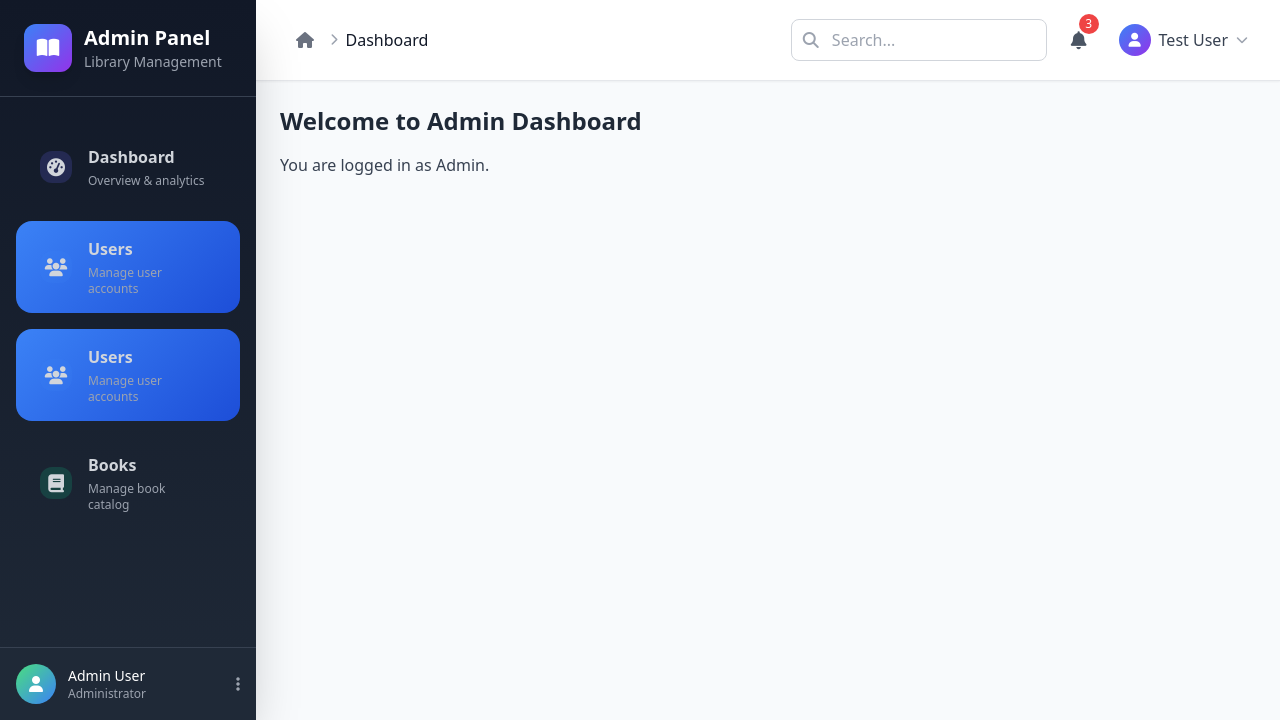
Repository: daffa-alif/lomba-NeuroGamy
Page: http://localhost/admin/dashboard
An editor plug-in stored every save of this project. The page is shown before and after the next save, followed by the edit.
The browser window is 1280 px wide. The pictures show the whole page.
Some web libraries are served in a nearby version. The page is served by the project's Laravel application, run on PHP 8.4 with Laravel 12. A made-up administrator, Test User (test@example.com), is signed in. Other server files are loaded and not shown.

Above is the page before, as saved 2025-09-19 23:38:14.

### routes/web.php
<?php

use Illuminate\Support\Facades\Route;
use App\Http\Controllers\{AiController, AuthController, BookController, UserController};

Route::get('/', function () {
    return view('welcome');
});

Route::get('/login', [AuthController::class, 'viewLogin'])->name('login');
Route::post('/login', [AuthController::class, 'login']);

Route::get('/register', [AuthController::class, 'viewRegister'])->name('register');
Route::post('/register', [AuthController::class, 'register']);

Route::post('/logout', [AuthController::class, 'logout'])->name('logout');

Route::post('/ai/generate', [AiController::class, 'generate'])->name('ai.generate');

Route::middleware(['auth'])->group(function () {
    Route::get('/chatbot', function () {
        return view('chatbot'); // contoh view chatbot
    })->name('chatbot');
});

// Admin routes
Route::middleware(['auth', 'admin'])->prefix('admin')->group(function () {
    Route::get('/dashboard', function () {
        return view('Admin.dashboard');
    })->name('admin.dashboard');

    Route::get('/users', [UserController::class, 'index'])->name('users.index');

  Route::get('/dashboard', fn() => view('Admin.dashboard'))->name('admin.dashboard');

    Route::resource('books', \App\Http\Controllers\BookController::class);
    Route::get('/users', [UserController::class, 'index'])->name('users.index');
});

### app/Models/User.php
<?php

namespace App\Models;

// use Illuminate\Contracts\Auth\MustVerifyEmail;
use Illuminate\Database\Eloquent\Factories\HasFactory;
use Illuminate\Foundation\Auth\User as Authenticatable;
use Illuminate\Notifications\Notifiable;

class User extends Authenticatable
{
    /** @use HasFactory<\Database\Factories\UserFactory> */
    use HasFactory, Notifiable;

    /**
     * The attributes that are mass assignable.
     *
     * @var list<string>
     */
    protected $fillable = [
        'name',
        'email',
        'password',
    ];

    /**
     * The attributes that should be hidden for serialization.
     *
     * @var list<string>
     */
    protected $hidden = [
        'password',
        'remember_token',
    ];

    /**
     * Get the attributes that should be cast.
     *
     * @return array<string, string>
     */
    protected function casts(): array
    {
        return [
            'email_verified_at' => 'datetime',
            'password' => 'hashed',
        ];
    }

      public function scoreLogs()
    {
        return $this->hasMany(ScoreLog::class, 'user_id');
    }
}

### resources/views/Admin/dashboard.blade.php
@extends('Admin.AdminLayouts.app')

@section('title', 'Dashboard')

@section('content')
    <h1 class="text-2xl font-bold mb-4">Welcome to Admin Dashboard</h1>
    <p class="text-gray-700">You are logged in as Admin.</p>
@endsection

### resources/views/Admin/AdminLayouts/app.blade.php
<!DOCTYPE html>
<html lang="en">
<head>
    <meta charset="UTF-8">
    <meta name="viewport" content="width=device-width, initial-scale=1.0">
    <title>@yield('title', 'Admin Panel')</title>

    <!-- TailwindCSS via CDN -->
    <script src="https://cdn.tailwindcss.com"></script>

    <!-- Font Awesome for icons -->
    <link rel="stylesheet" href="https://cdnjs.cloudflare.com/ajax/libs/font-awesome/6.4.0/css/all.min.css">

    <style>
        /* Custom scrollbar */
        .custom-scrollbar::-webkit-scrollbar {
            width: 6px;
        }
        .custom-scrollbar::-webkit-scrollbar-track {
            background: #1f2937;
        }
        .custom-scrollbar::-webkit-scrollbar-thumb {
            background: #4b5563;
            border-radius: 3px;
        }
        .custom-scrollbar::-webkit-scrollbar-thumb:hover {
            background: #6b7280;
        }

        /* Sidebar transition */
        .sidebar-transition {
            transition: all 0.3s cubic-bezier(0.4, 0, 0.2, 1);
        }

        /* Active nav item gradient */
        .nav-active {
            background: linear-gradient(135deg, #3b82f6 0%, #1d4ed8 100%);
        }
    </style>
</head>
<body class="bg-slate-50 text-gray-800 font-sans">

    <!-- Sidebar -->
    <aside id="sidebar" class="fixed left-0 top-0 z-40 w-64 h-screen bg-gradient-to-b from-gray-900 to-gray-800 shadow-2xl sidebar-transition custom-scrollbar overflow-y-auto">
        <!-- Logo Section -->
        <div class="flex items-center justify-between p-6 border-b border-gray-700">
            <div class="flex items-center space-x-3">
                <div class="w-12 h-12 bg-gradient-to-br from-blue-500 to-purple-600 rounded-xl flex items-center justify-center shadow-lg">
                    <i class="fas fa-book-open text-white text-xl"></i>
                </div>
                <div>
                    <h2 class="text-white font-bold text-xl">Admin Panel</h2>
                    <p class="text-gray-400 text-sm">Library Management</p>
                </div>
            </div>
            <button id="sidebarToggle" class="lg:hidden text-gray-400 hover:text-white transition-colors">
                <i class="fas fa-times text-xl"></i>
            </button>
        </div>

        <!-- Navigation -->
        <nav class="mt-8 px-4">
            <div class="space-y-4">
                <!-- Dashboard -->
                <a href="#"
                   class="nav-item group flex items-center px-6 py-4 text-gray-300 rounded-2xl hover:bg-gradient-to-r hover:from-indigo-600 hover:to-blue-600 hover:text-white transition-all duration-300 transform hover:scale-105 hover:shadow-xl">
                    <div class="w-8 h-8 mr-4 flex items-center justify-center bg-indigo-500 bg-opacity-20 rounded-xl group-hover:bg-opacity-30 transition-all duration-300">
                        <i class="fas fa-tachometer-alt text-lg"></i>
                    </div>
                    <div class="flex-1">
                        <span class="font-semibold text-base">Dashboard</span>
                        <p class="text-xs text-gray-400 group-hover:text-indigo-100 mt-1">Overview & analytics</p>
                    </div>
                    <div class="ml-auto opacity-0 group-hover:opacity-100 transition-all duration-300 transform translate-x-2 group-hover:translate-x-0">
                        <i class="fas fa-chevron-right text-sm"></i>
                    </div>
                </a>

                <!-- Users -->
                <a href="#"
                   class="nav-item group flex items-center px-6 py-4 text-gray-300 rounded-2xl hover:bg-gradient-to-r hover:from-blue-600 hover:to-purple-600 hover:text-white transition-all duration-300 transform hover:scale-105 hover:shadow-xl nav-active">
                    <div class="w-8 h-8 mr-4 flex items-center justify-center bg-blue-500 bg-opacity-20 rounded-xl group-hover:bg-opacity-30 transition-all duration-300">
                        <i class="fas fa-users text-lg"></i>
                    </div>
                    <div class="flex-1">
                        <span class="font-semibold text-base">Users</span>
                        <p class="text-xs text-gray-400 group-hover:text-blue-100 mt-1">Manage user accounts</p>
                    </div>
                    <div class="ml-auto opacity-0 group-hover:opacity-100 transition-all duration-300 transform translate-x-2 group-hover:translate-x-0">
                        <i class="fas fa-chevron-right text-sm"></i>
                    </div>
                </a>

                <!-- Users -->
                <a href="#"
                   class="nav-item group flex items-center px-6 py-4 text-gray-300 rounded-2xl hover:bg-gradient-to-r hover:from-blue-600 hover:to-purple-600 hover:text-white transition-all duration-300 transform hover:scale-105 hover:shadow-xl nav-active">
                    <div class="w-8 h-8 mr-4 flex items-center justify-center bg-blue-500 bg-opacity-20 rounded-xl group-hover:bg-opacity-30 transition-all duration-300">
                        <i class="fas fa-users text-lg"></i>
                    </div>
                    <div class="flex-1">
                        <span class="font-semibold text-base">Users</span>
                        <p class="text-xs text-gray-400 group-hover:text-blue-100 mt-1">Manage user accounts</p>
                    </div>
                    <div class="ml-auto opacity-0 group-hover:opacity-100 transition-all duration-300 transform translate-x-2 group-hover:translate-x-0">
                        <i class="fas fa-chevron-right text-sm"></i>
                    </div>
                </a>

                <!-- Books -->
                <a href="{{ route('books.index')}}"
                   class="nav-item group flex items-center px-6 py-4 text-gray-300 rounded-2xl hover:bg-gradient-to-r hover:from-emerald-600 hover:to-teal-600 hover:text-white transition-all duration-300 transform hover:scale-105 hover:shadow-xl">
                    <div class="w-8 h-8 mr-4 flex items-center justify-center bg-emerald-500 bg-opacity-20 rounded-xl group-hover:bg-opacity-30 transition-all duration-300">
                        <i class="fas fa-book text-lg"></i>
                    </div>
                    <div class="flex-1">
                        <span class="font-semibold text-base">Books</span>
                        <p class="text-xs text-gray-400 group-hover:text-emerald-100 mt-1">Manage book catalog</p>
                    </div>
                    <div class="ml-auto opacity-0 group-hover:opacity-100 transition-all duration-300 transform translate-x-2 group-hover:translate-x-0">
                        <i class="fas fa-chevron-right text-sm"></i>
                    </div>
                </a>
            </div>
        </nav>

        <!-- User Profile Section at Bottom -->
        <div class="absolute bottom-0 left-0 right-0 p-4 border-t border-gray-700 bg-gray-800">
            <div class="flex items-center space-x-3">
                <div class="w-10 h-10 bg-gradient-to-br from-green-400 to-blue-500 rounded-full flex items-center justify-center">
                    <i class="fas fa-user text-white"></i>
                </div>
                <div class="flex-1 min-w-0">
                    <p class="text-white text-sm font-medium truncate">Admin User</p>
                    <p class="text-gray-400 text-xs">Administrator</p>
                </div>
                <div class="relative">
                    <button class="text-gray-400 hover:text-white transition-colors">
                        <i class="fas fa-ellipsis-v"></i>
                    </button>
                </div>
            </div>
        </div>
    </aside>

    <!-- Mobile Sidebar Overlay -->
    <div id="sidebarOverlay" class="fixed inset-0 bg-black bg-opacity-50 z-30 lg:hidden hidden"></div>

    <!-- Main Content Area -->
    <div class="lg:ml-64 min-h-screen flex flex-col">
        <!-- Top Header -->
        <header class="bg-white shadow-sm border-b border-gray-200 sticky top-0 z-20">
            <div class="flex items-center justify-between px-6 py-4">
                <div class="flex items-center space-x-4">
                    <!-- Mobile Menu Button -->
                    <button id="mobileMenuButton" class="lg:hidden text-gray-600 hover:text-gray-900 transition-colors">
                        <i class="fas fa-bars text-xl"></i>
                    </button>

                    <!-- Breadcrumb -->
                    <nav class="hidden md:flex" aria-label="Breadcrumb">
                        <ol class="flex items-center space-x-2">
                            <li>
                                <a href="#" class="text-gray-500 hover:text-gray-700 transition-colors">
                                    <i class="fas fa-home"></i>
                                </a>
                            </li>
                            <li class="flex items-center">
                                <i class="fas fa-chevron-right text-gray-400 text-xs mx-2"></i>
                                <span class="text-gray-900 font-medium">@yield('breadcrumb', 'Dashboard')</span>
                            </li>
                        </ol>
                    </nav>
                </div>

                <!-- Header Actions -->
                <div class="flex items-center space-x-4">
                    <!-- Search -->
                    <div class="hidden md:block relative">
                        <input type="text"
                               placeholder="Search..."
                               class="w-64 pl-10 pr-4 py-2 border border-gray-300 rounded-lg focus:ring-2 focus:ring-blue-500 focus:border-blue-500 transition-all">
                        <div class="absolute left-3 top-1/2 transform -translate-y-1/2">
                            <i class="fas fa-search text-gray-400"></i>
                        </div>
                    </div>

                    <!-- Notifications -->
                    <button class="relative p-2 text-gray-600 hover:text-gray-900 hover:bg-gray-100 rounded-lg transition-colors">
                        <i class="fas fa-bell text-lg"></i>
                        <span class="absolute -top-1 -right-1 w-5 h-5 bg-red-500 text-white text-xs rounded-full flex items-center justify-center">3</span>
                    </button>

                    <!-- User Menu -->
                    <div class="relative group">
                        <button class="flex items-center space-x-2 p-2 rounded-lg hover:bg-gray-100 transition-colors">
                            <div class="w-8 h-8 bg-gradient-to-br from-blue-500 to-purple-600 rounded-full flex items-center justify-center">
                                <i class="fas fa-user text-white text-sm"></i>
                            </div>
                            <span class="hidden md:block text-gray-700 font-medium">{{ Auth::user()->name ?? 'Admin' }}</span>
                            <i class="fas fa-chevron-down text-gray-400 text-xs"></i>
                        </button>

                        <!-- Dropdown Menu -->
                        <div class="absolute right-0 mt-2 w-48 bg-white rounded-lg shadow-lg border border-gray-200 py-2 opacity-0 invisible group-hover:opacity-100 group-hover:visible transition-all duration-200">
                            <a href="#" class="flex items-center px-4 py-2 text-gray-700 hover:bg-gray-50 transition-colors">
                                <i class="fas fa-user-circle mr-3"></i>
                                Profile
                            </a>
                            <a href="/" class="flex items-center px-4 py-2 text-gray-700 hover:bg-gray-50 transition-colors">
                                <i class="fas fa-external-link-alt mr-3"></i>
                                View Site
                            </a>
                            <hr class="my-2">
                            <form action="{{ route('logout') }}" method="POST" class="w-full">
                                @csrf
                                <button type="submit" class="flex items-center w-full px-4 py-2 text-red-600 hover:bg-red-50 transition-colors text-left">
                                    <i class="fas fa-sign-out-alt mr-3"></i>
                                    Logout
                                </button>
                            </form>
                        </div>
                    </div>
                </div>
            </div>
        </header>

        <!-- Page Content -->
        <main class="flex-1 p-6">
            <div class="max-w-full">
                @yield('content')
            </div>
        </main>

        <!-- Footer -->
        <footer class="bg-white border-t border-gray-200

After the next save:
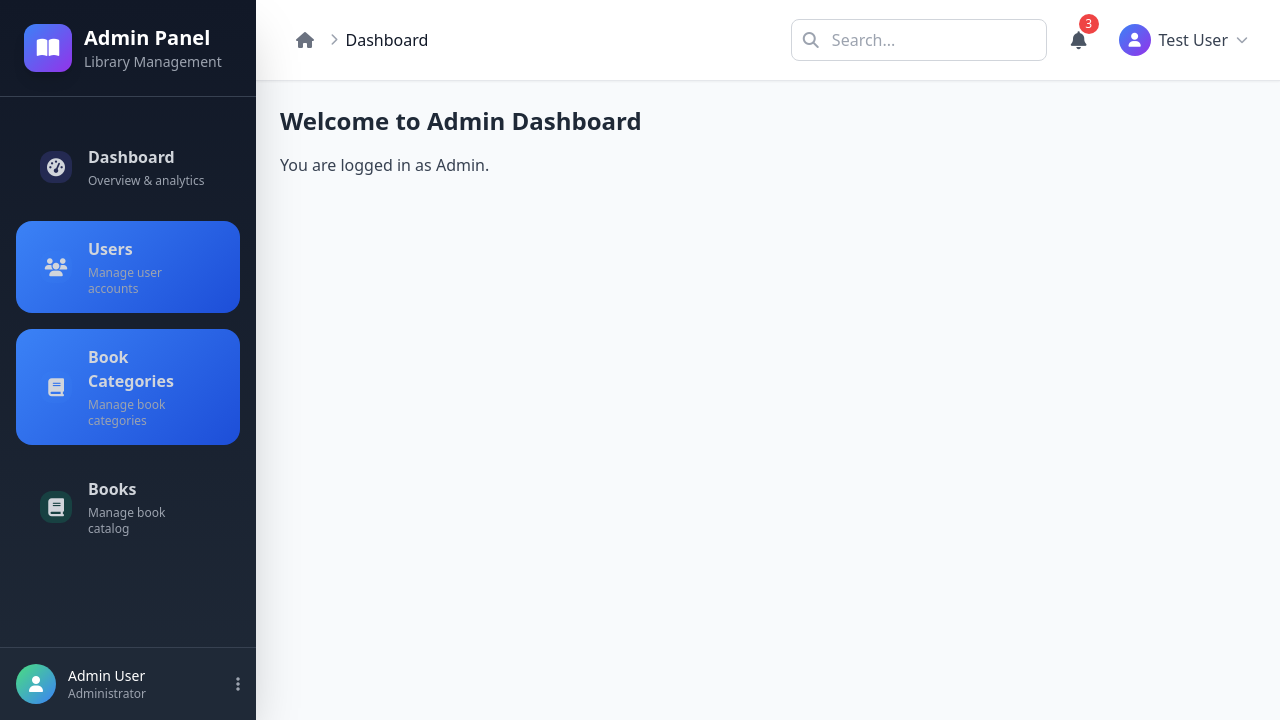
Saved 32 s later.
--- a/resources/views/Admin/AdminLayouts/app.blade.php
+++ b/resources/views/Admin/AdminLayouts/app.blade.php
@@ -91,20 +91,21 @@
                     </div>
                 </a>
 
-                <!-- Users -->
-                <a href="#"
-                   class="nav-item group flex items-center px-6 py-4 text-gray-300 rounded-2xl hover:bg-gradient-to-r hover:from-blue-600 hover:to-purple-600 hover:text-white transition-all duration-300 transform hover:scale-105 hover:shadow-xl nav-active">
-                    <div class="w-8 h-8 mr-4 flex items-center justify-center bg-blue-500 bg-opacity-20 rounded-xl group-hover:bg-opacity-30 transition-all duration-300">
-                        <i class="fas fa-users text-lg"></i>
-                    </div>
-                    <div class="flex-1">
-                        <span class="font-semibold text-base">Users</span>
-                        <p class="text-xs text-gray-400 group-hover:text-blue-100 mt-1">Manage user accounts</p>
-                    </div>
-                    <div class="ml-auto opacity-0 group-hover:opacity-100 transition-all duration-300 transform translate-x-2 group-hover:translate-x-0">
-                        <i class="fas fa-chevron-right text-sm"></i>
-                    </div>
-                </a>
+               <!-- Book Categories -->
+<a href="#"
+   class="nav-item group flex items-center px-6 py-4 text-gray-300 rounded-2xl hover:bg-gradient-to-r hover:from-blue-600 hover:to-purple-600 hover:text-white transition-all duration-300 transform hover:scale-105 hover:shadow-xl nav-active">
+    <div class="w-8 h-8 mr-4 flex items-center justify-center bg-blue-500 bg-opacity-20 rounded-xl group-hover:bg-opacity-30 transition-all duration-300">
+        <i class="fas fa-book text-lg"></i>
+    </div>
+    <div class="flex-1">
+        <span class="font-semibold text-base">Book Categories</span>
+        <p class="text-xs text-gray-400 group-hover:text-blue-100 mt-1">Manage book categories</p>
+    </div>
+    <div class="ml-auto opacity-0 group-hover:opacity-100 transition-all duration-300 transform translate-x-2 group-hover:translate-x-0">
+        <i class="fas fa-chevron-right text-sm"></i>
+    </div>
+</a>
+
 
                 <!-- Books -->
                 <a href="{{ route('books.index')}}"
